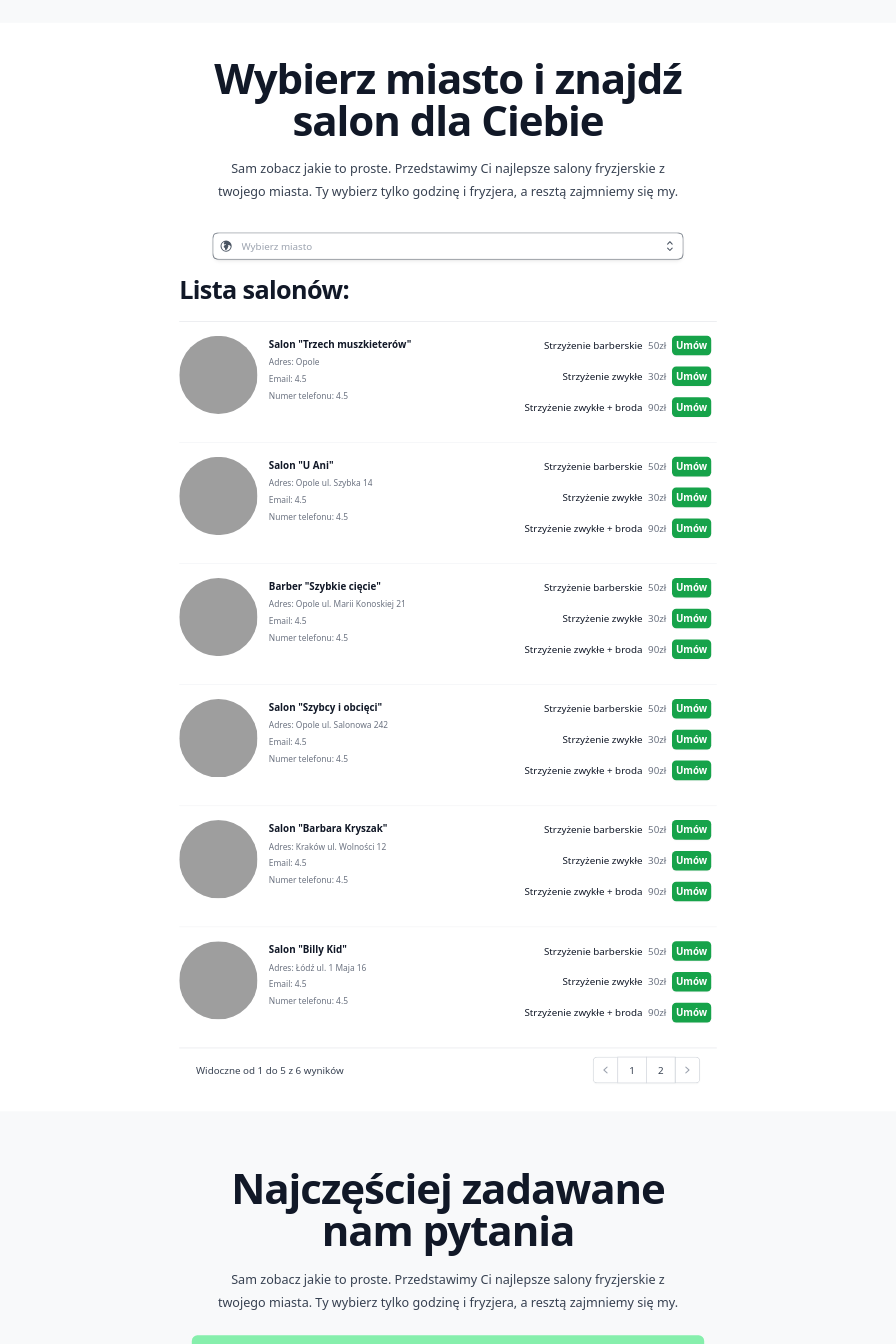
Repository: PrzemyslawJura/my-app
Page: / (app in frontend/)
These files come from the project's save history. The page is drawn as it stood at one moment and after the next save; the edit follows.
The browser window is 1280 px wide. The pictures show the part of the page from y = 861 to 2781 px (the page is 3798 px tall), at 70% of full size.
Pictures or frames that could not be fetched are drawn as grey boxes. The page's requests for data from a server got no answer. The project was rebuilt for these pictures with package versions that can differ from the ones it lists, and the page was loaded fresh each time. No one was signed in, and anything a server would have sent is missing. Also part of the build but not shown: frontend/src/home/Listbox.jsx, frontend/src/home/StepOne.jsx, frontend/src/home/StepTwo.jsx, frontend/src/components/Calendar.jsx, frontend/src/components/Tabs.jsx, frontend/src/biznes/CalendarOfWork.jsx, frontend/src/components/CarouselDefault.jsx, frontend/src/biznes/Salon.jsx and 8 more.

Above is the page before, as saved 2023-11-16 13:58:30.

After the next save:
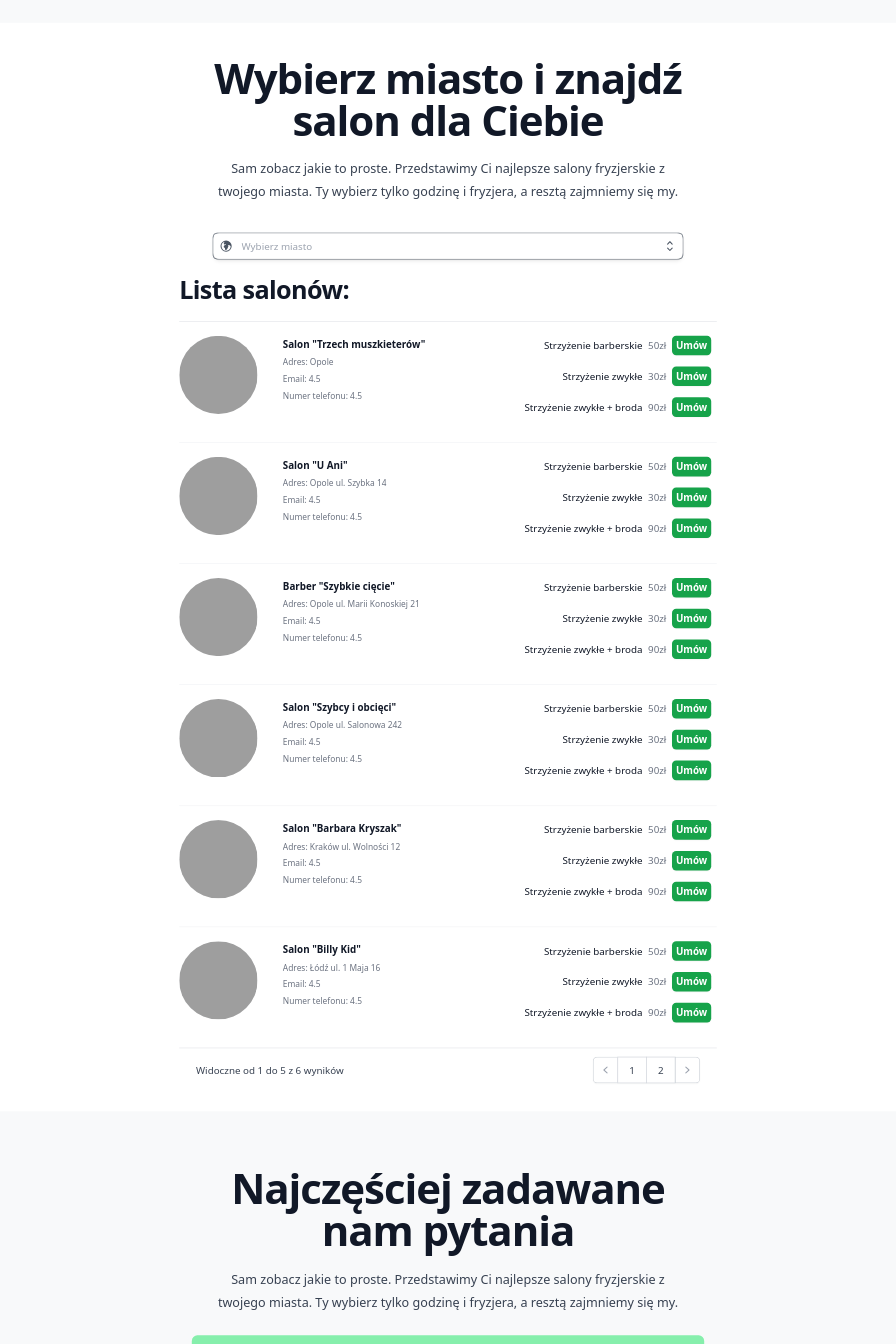
Saved 20 s later.
--- a/frontend/src/home/SalonOffer.jsx
+++ b/frontend/src/home/SalonOffer.jsx
@@ -8,7 +8,7 @@ return (
     <>
         <div className="flex min-w-0 gap-x-4">
         <img className="h-28 w-28 flex-none rounded-full bg-gray-50" src={person.imageUrl} alt="" />
-        <div className="min-w-0">
+        <div className="min-w-0 pl-5">
         <p className="text-sm font-semibold leading-6 text-gray-900">{person.name}</p>
         <p className="mt-1 truncate text-xs leading-5 text-gray-500">Adres: {person.email}</p>
         <p className="mt-1 truncate text-xs leading-5 text-gray-500">Email: {person.star}</p>
